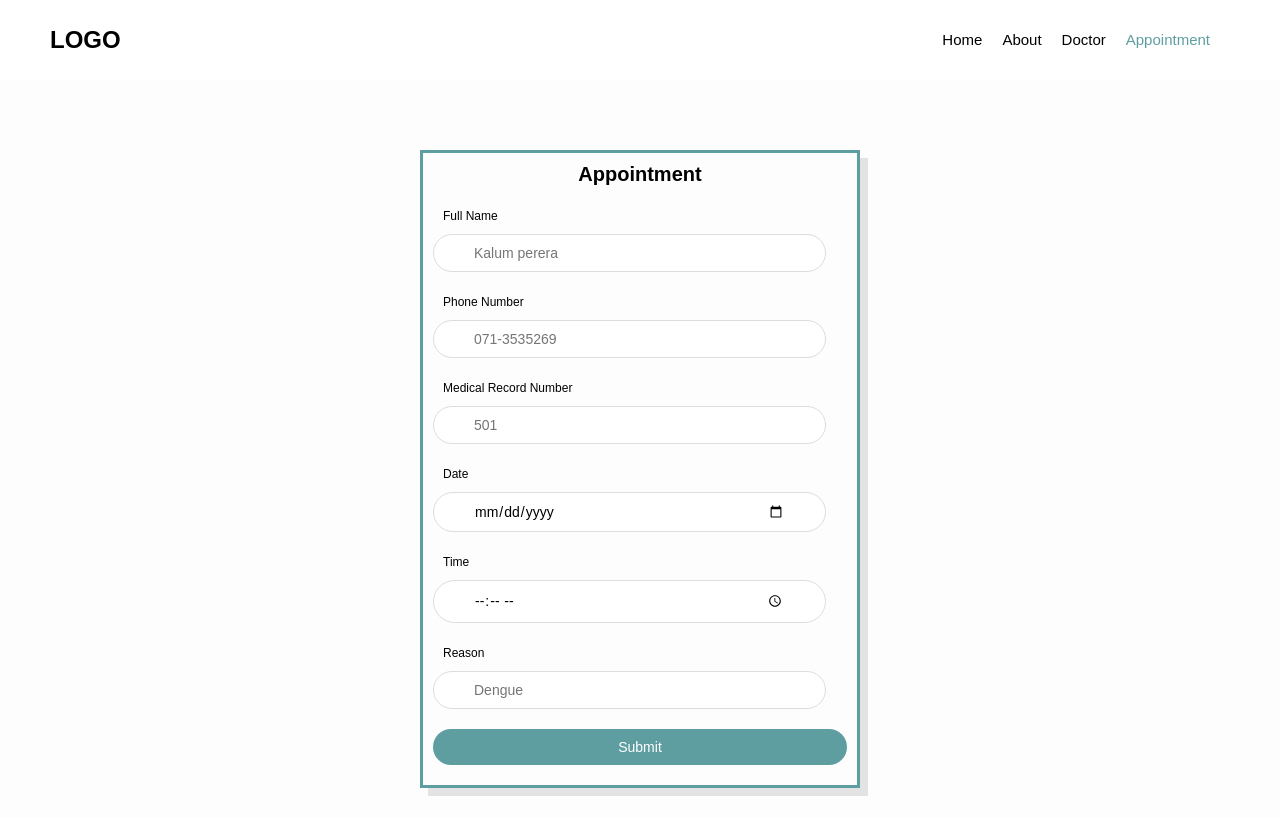
Repository: MonaliWatareka/echanneling
Page: http://localhost/PatientDemo/InsertAppointment.jsp
These files come from the project's save history. The page is drawn as it stood at one moment and after the next save; the edit follows.
The browser window is 1280 px wide. The pictures show the whole page.
The page is served by Tomcat 10. Other server files are loaded and not shown.

Above is the page before, as saved 2024-10-13 04:17:44.

### Project/PatientDemo/src/main/webapp/InsertAppointment.jsp
<%@ page language="java" contentType="text/html; charset=UTF-8"
    pageEncoding="UTF-8"%>
<!DOCTYPE html>
<html>
<head>
<meta charset="UTF-8">
<meta name="viewport" content="width=device-width, initial-scale=1.0">
<title>Make Appointment</title>
<link rel="stylesheet" href="${pageContext.request.contextPath}/css/insert.css">
</head>
<body>
	<div class="nav">
        <div class="nav-logo">
            <p>LOGO</p>
        </div>
        <div class="nav-menu">
            <ul>
                <li><a href="login.html" class="link">Home</a></li>
                <li><a href="#" class="link">About</a></li>
                <li><a href="#" class="link">Doctor</a></li>
                <li><a href="#" class="link active">Appointment</a></li>
            </ul>
        </div>
     </div>
     <div class="wrapper">
     	<div class="form-box">
     		<div class="form-container">
     			<header>Appointment</header>
				<form action="insert" method="post">
					<div class="input-box">
						<label>Full Name</label><br>
						<input type="text" class="input-field" name="name" placeholder="Kalum perera" required>
					</div>

					<div class="input-box">
						<label>Phone Number</label><br>
						<input type="text" class="input-field" name="phone" placeholder="071-3535269" required>
					</div>

					<div class="input-box">
						<label>Medical Record Number</label><br>
						<input type="text" class="input-field" name="record" placeholder="501" required>
					</div>

					<div class="input-box">
						<label>Date</label><br>
						<input type="date" class="input-field" name="date" required>
					</div>

					<div class="input-box">
						<label>Time</label><br>
						<input type="time" class="input-field" name="time" required>
					</div>

					<div class="input-box">
						<label>Reason</label><br>
						<input type="text" class="input-field" name="reason" placeholder="Dengue" required>
					</div>

					<div class="input-box">
						<input type="submit" class="submit" name="submit" value="Submit">
					</div>
				</form>
			</div>
		</div>
	</div>

</body>
</html>

### Project/PatientDemo/src/main/webapp/css/insert.css

* {
    margin: 0;
    padding: 0;
    box-sizing: border-box;
    font-family: 'Arial', sans-serif;
}

body {

    background-color: #fdfdfd;
    display: flex;
    flex-direction: column;
    justify-content: flex-start;
    align-items: center;
    height: 100vh;
}

/* Navigation Bar */
.nav {
    width: 100%;
    height: 80px;
    background:rgb(255, 255, 255);
    display: flex;
    justify-content: space-between;
    align-items: center;
    padding: 0 50px;
    position: fixed;
    top: 0;
    left: 0;
    z-index: 100;
}

.nav-logo p {
    color: #000000;
    font-size: 24px;
    font-weight: bold;
}

.nav-menu ul {
    list-style: none;
    display: flex;
}

.nav-menu ul li {
    margin-right: 20px;
}

.nav-menu ul li a {
    color: #000000;
    text-decoration: none;
    font-size: 15px;
    transition: color 0.3s ease;
}

.nav-menu ul li a:hover,
.nav-menu ul li a.active {
    color:cadetblue;
}

.nav-button .btn {
    background-color: cadetblue;
    color: #fff;
    padding: 10px 20px;
    border: none;
    cursor: pointer;
    border-radius: 30px;
    transition: background-color 0.3s ease;
}

.nav-button .btn:hover {
    background-color: lightblue;
}

/* Wrapper and Form Styles */
.wrapper {

    width: 90%;
    max-width: 500px;
    padding: 30px;
    border: none;
    position: relative;
    margin-top: 120px;
    display: flex;
    justify-content: center;
    align-items: center;
    flex-direction: column;

}

.form-box {
    width: 100%;
    position: relative;

}

header {
    font-size: 20px;
    margin-top: 10px;
    font-weight: bold;
    margin-bottom: 20px;
    text-align: center;
}
label{
    font-size: 12px;
    margin-left: 10px;

}
.input-box {
    position: relative;

    margin-bottom: 20px;
}

.input-box i {
    position: absolute;
    left: 10px;
    top: 20px;
    color: #888;
}

.input-field {
    width: 95%;
    margin-top: 10px;
    padding: 10px 40px;
    border: 1px solid #ddd;
    border-radius: 25px;
    font-size: 14px;
}

.submit {
    width: 100%;
    padding: 10px;
    background-color: cadetblue;
    color: #fff;
    border: none;
    border-radius: 25px;
    cursor: pointer;
    font-size: 14px;
    transition: background-color 0.3s ease;
}

.submit:hover {
    background-color: lightblue;
}

.login-container,
.register-container {
    display: none;
    position: absolute;
    width: 100%;
    border: cadetblue solid;
    border-radius: 25px;
    padding: 20px;
    box-shadow: 8px 8px rgba(0, 0, 0, 0.1);

}
.form-container{

    width: 100%;
    max-width: 500px;
    margin: 0 auto;
    border: cadetblue solid;

    padding: 20px;
    box-shadow: 8px 8px rgba(0, 0, 0, 0.1);
    display: flex;
    flex-direction: column;
    padding: 0 10px;

}


.login-container.active,
.register-container.active {
    display: block;

}

span {

    font-size: 20px;
    display: block;
    margin-bottom: 20px;
    text-align: center;
}

span a {
    color: cadetblue;
    cursor: pointer;
    text-decoration: none;
}

span a:hover {
    text-decoration: underline;
}

@media (max-width: 768px) {
    .nav {
        padding: 0 20px; /* Reduced padding for smaller screens */
        height: 60px; /* Adjusted height */
    }

    .nav-logo p {
        font-size: 20px; /* Smaller font size for logo */
    }

    .nav-menu ul li {
        margin-right: 10px; /* Reduced margin for menu items */
    }

    .nav-menu ul li a {
        font-size: 10px; /* Smaller font size for links */
    }

    .wrapper {
        width: 90%;
        margin-top: 100px; /* Adjust margin to fit screen */
    }

    header {
        font-size: 24px; /* Smaller font size for header */
    }

    .input-field {
        font-size: 14px; /* Smaller font size for input fields */
    }

    .submit {
        font-size: 14px; /* Smaller font size for submit button */
    }

    span {
        font-size: 15x; /* Smaller font size for span */
    }
}

@media (max-width: 480px) {
    .nav {
        padding: 0 10px; /* Further reduced padding for very small screens */
        height: 50px; /* Adjusted height */
    }

    .nav-logo p {
        font-size: 18px; /* Even smaller font size for logo */
    }

    .nav-menu ul li {
        margin-right: 5px; /* Further reduced margin for menu items */
    }

    .nav-menu ul li a {
        font-size: 8px; /* Even smaller font size for links */
    }

    .wrapper {
        margin-top: 80px; /* Further adjusted margin */
    }

    header {
        font-size: 20px; /* Smaller font size for header */
    }

    .input-field {
        font-size: 12px; /* Smaller font size for input fields */
    }

    .submit {
        font-size: 12px; /* Smaller font size for submit button */
    }

    span {
        font-size: 18px; /* Smaller font size for span */
    }
}

After the next save:
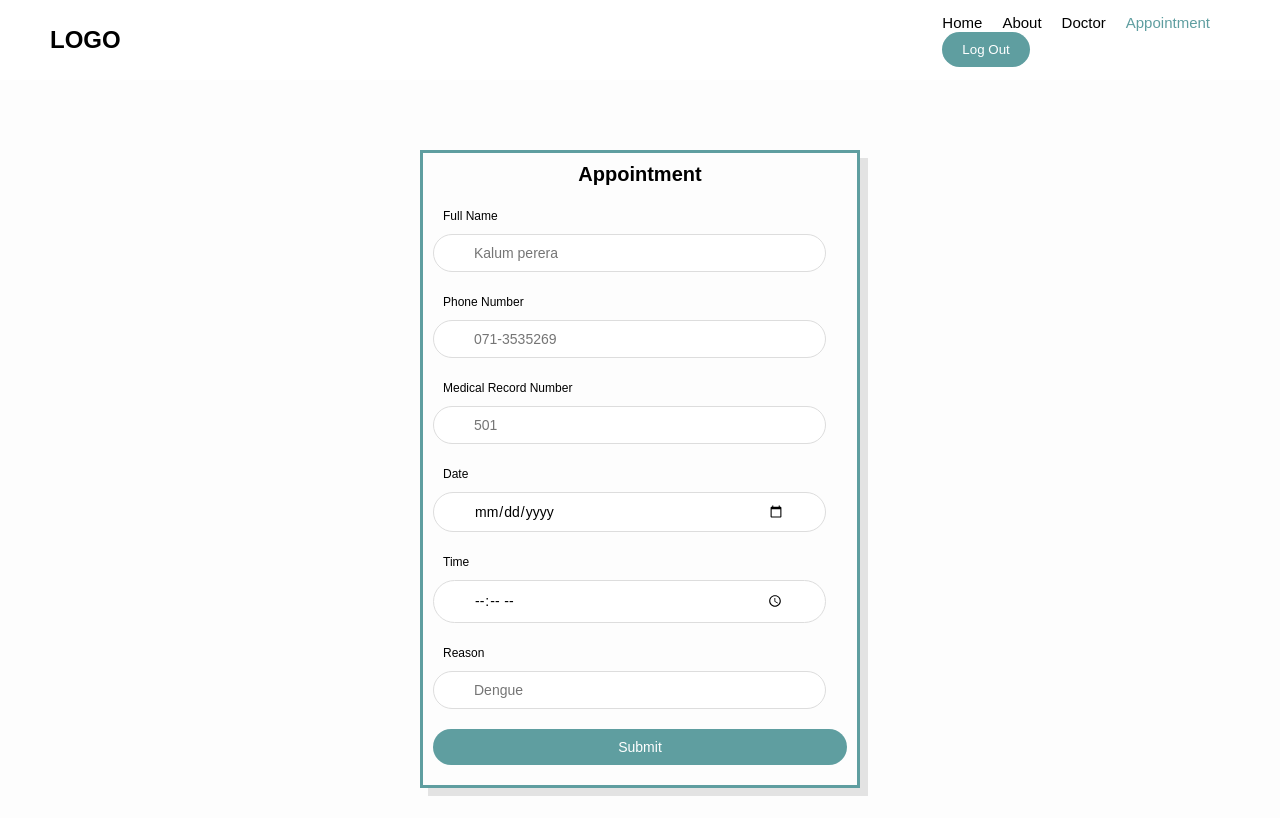
Saved 3 min 29 s later.
--- a/Project/PatientDemo/src/main/webapp/InsertAppointment.jsp
+++ b/Project/PatientDemo/src/main/webapp/InsertAppointment.jsp
@@ -19,7 +19,13 @@
                 <li><a href="#" class="link">About</a></li>
                 <li><a href="#" class="link">Doctor</a></li>
                 <li><a href="#" class="link active">Appointment</a></li>
+
             </ul>
+             <div class="nav-button">
+                    <form action="logoutServlet" method="get">
+                        <button type="submit" class="btn">Log Out</button>
+                    </form>
+                </div>
         </div>
      </div>
      <div class="wrapper">
